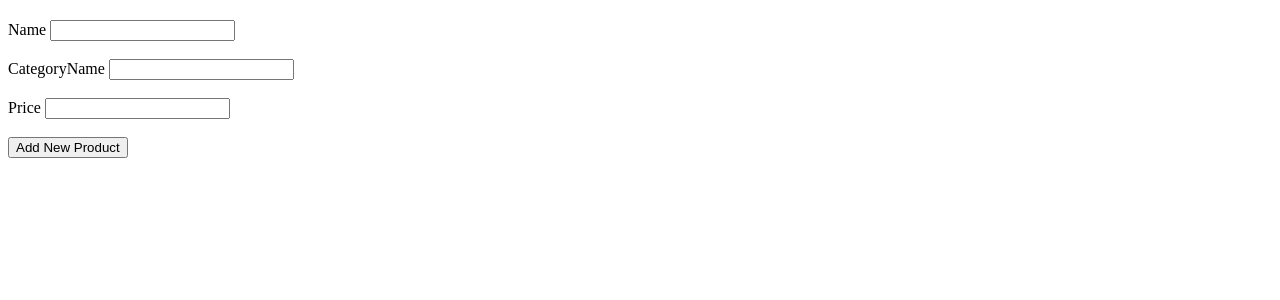
Repository: hnineiphyu-128/JavaEE_Exeercise_Lession
Page: http://localhost/05-jsp-java-bean/
The author's editor kept a copy of each file at every save. The page is drawn from the files as they stood at one save, then again after the next save.
The browser window is 1280 px wide. The pictures show the whole page.
The page is served by Tomcat 9.

Above is the page before, as saved 2020-12-17 10:42:32.

After the next save:
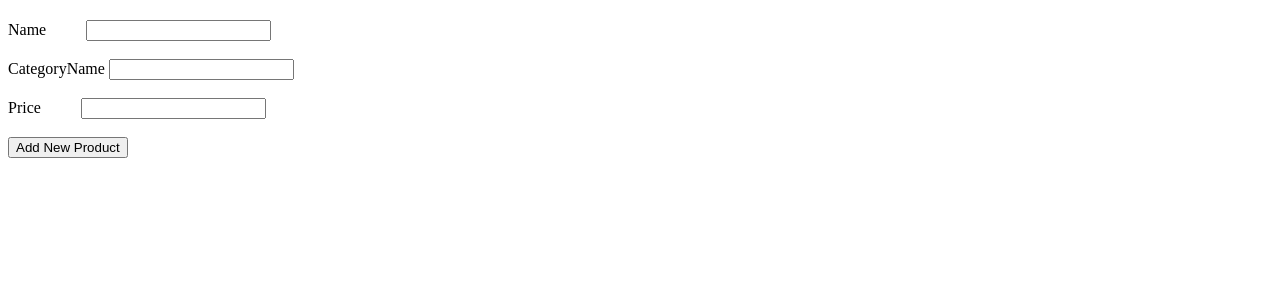
Saved 6 min 32 s later.
--- a/05-jsp-java-bean/src/main/webapp/index.jsp
+++ b/05-jsp-java-bean/src/main/webapp/index.jsp
@@ -10,11 +10,11 @@
 
 	<h2></h2>
 	<form action="create-product.jsp" method="post">
-		<label> Name </label>
+		<label> Name &nbsp;&nbsp;&nbsp;&nbsp;&nbsp;&nbsp;&nbsp;&nbsp; </label>
 		<input type="text" name="name"><br><br>
 		<label> CategoryName </label>
 		<input type="text" name="categoryName"><br><br>
-		<label> Price </label>
+		<label> Price &nbsp;&nbsp;&nbsp;&nbsp;&nbsp;&nbsp;&nbsp;&nbsp; </label>
 		<input type="text" name="price"><br><br>
 
 		<button type="submit"> Add New Product </button>
